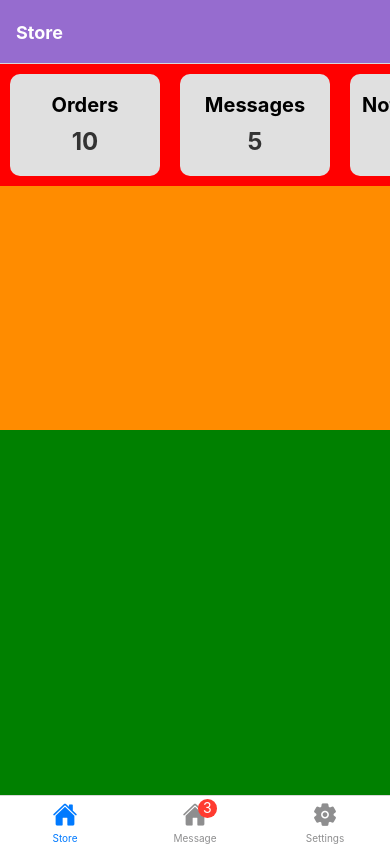
Repository: Waikato153/AwesomeProject
Screen: /
These files come from the project's save history. The screen is drawn as it stood at one moment and after the next save; the edit follows.
The app was drawn by React Native's web renderer in a window 390 px wide. The project was rebuilt for these pictures with package versions that can differ from the ones it lists, and the page was loaded fresh each time.

Above is the screen before, as saved 2024-02-29 11:59:58.

### App.js
import * as React from 'react';
import { Text, View, StyleSheet} from 'react-native';
import { NavigationContainer } from '@react-navigation/native';
import { createBottomTabNavigator } from '@react-navigation/bottom-tabs';
import { Ionicons } from '@expo/vector-icons';

import HomeScreen from './screens/HomeScreen';

function SettingsScreen() {
  return (
    <View style={{ flex: 1, justifyContent: 'center', alignItems: 'center' }}>
      <Text>Settings!</Text>
    </View>
  );
}


const styles = StyleSheet.create({
  container: {
    flex: 1,
    justifyContent: 'center',
    backgroundColor: 'white',
    alignItems: 'center',
    padding: 8,
  },
  paragraph: {
    margin: 24,
    fontSize: 18,
    fontWeight: 'bold',
    textAlign: 'center',
  },
});

const Tab = createBottomTabNavigator();

function MyTabs() {
  return (

    <Tab.Navigator
      screenOptions={{
        tabBarIcon: ({ color, size }) => (
          <Ionicons name="home" color={color} size={size} />
        ),
        headerStyle: {
          backgroundColor: '#966ccf',
        },
        headerTintColor: '#fff',
        headerTitleStyle: {
          fontWeight: 'bold',
        },
      }}
    >
      <Tab.Screen
        name="Store"
        component={HomeScreen}

      />
      <Tab.Screen
        name="Message"
        component={SettingsScreen}
        options={{
          tabBarBadge: 3
        }}
      />
      <Tab.Screen
        name="Settings"
        component={SettingsScreen}
        options={{
          tabBarIcon: ({ color, size }) => (
            <Ionicons name="settings" color={color} size={size} />
          ),
        }}
      />
    </Tab.Navigator>


  );
}

export default function App() {
  return (
    <NavigationContainer>
      <MyTabs />
    </NavigationContainer>
  );
}

### screens/HomeScreen.js
import React from 'react';
import { View, Text, StyleSheet, FlatList } from 'react-native';

const data = [
  { title: 'Orders', count: 10 },
  { title: 'Messages', count: 5 },
  { title: 'Notifications', count: 8 },
  // Add more data as needed
];

const renderItem = ({ item }) => (
  <View style={styles.block}>
    <Text style={styles.title}>{item.title}</Text>
    <Text style={styles.count}>{item.count}</Text>
  </View>
);

const HomeScreen = () => {
  return (
    <View style={styles.container}>
      <View style={{flex: 1, backgroundColor: 'red'}}>
        <FlatList
          horizontal
          data={data}
          renderItem={renderItem}
          keyExtractor={(item, index) => index.toString()}
          showsHorizontalScrollIndicator={false}
          contentContainerStyle={styles.flatListContent}
        />
      </View>
      <View style={{flex: 2, backgroundColor: 'darkorange'}} />
      <View style={{flex: 3, backgroundColor: 'green'}} />
    </View>
  );
};

const styles = StyleSheet.create({
  container: {
    flex: 1,
  },
  flatListContent: {
    //paddingLeft: 20,
    //paddingRight: 20,
  },
  block: {
    width: 150, // 设置方块宽度
    justifyContent: 'center',
    alignItems: 'center',
    backgroundColor: '#e0e0e0',
    borderRadius: 10,
    padding: 20,
    margin: 10,
  },
  title: {
    fontSize: 20,
    fontWeight: 'bold',
    marginBottom: 10,
  },
  count: {
    fontSize: 24,
    fontWeight: 'bold',
    color: '#333333',
  },
});

export default HomeScreen;

After the next save:
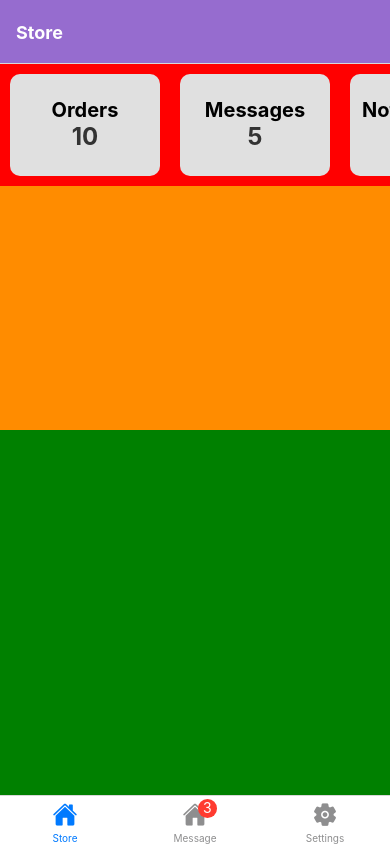
Saved 5 s later.
--- a/screens/HomeScreen.js
+++ b/screens/HomeScreen.js
@@ -54,7 +54,7 @@ const styles = StyleSheet.create({
   title: {
     fontSize: 20,
     fontWeight: 'bold',
-    marginBottom: 10,
+
   },
   count: {
     fontSize: 24,
